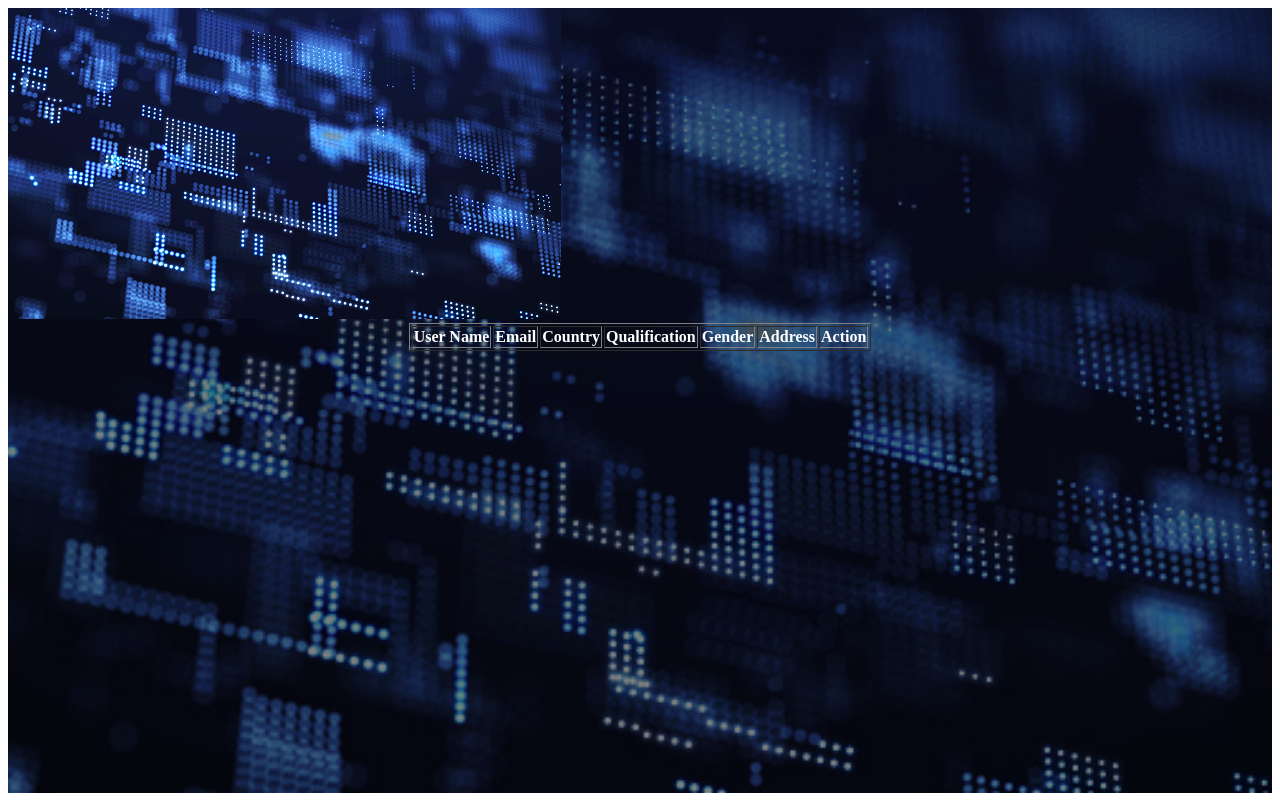
Repository: sainath0323/Website-design-using-J2EE
Page: http://localhost/AdvanceJavaApplication/viewsuccess.jsp
The author's editor kept a copy of each file at every save. The page is drawn from the files as they stood at one save, then again after the next save.
The browser window is 1280 px wide. The pictures show the whole page.
The page is served by Tomcat 9. Other server files are loaded and not shown.

Above is the page before, as saved 2023-04-28 05:40:14.

### AdvanceJavaApplication/src/main/webapp/viewsuccess.jsp
<%@page import="com.sai.advanceapplication.viewusers.User"%>
<%@page import="java.util.List"%>
<%@ page language="java" contentType="text/html"%>
<%@taglib prefix="c"  uri="http://java.sun.com/jsp/jstl/core"%>
<!DOCTYPE html>
<html>
<head>
<style >

table{
margin: auto;
text-align: center;
}
.container{
  width: 100%;
    background:linear-gradient(to top,rgba(0,0,0,0.5)50%,rgba(0,0,0,0.5)50%),url(websiteimage.jpg)50%;
    background-position: center;
    background-size: cover;
    height: 109vh;
    color: white;
    }
</style>
</head>
<body>
<div class="container">

<img alt="" src="websiteimage.jpg">
<table border="1">
<tr>
<th>User Name</th>
<th>Email</th>
<th>Country</th>
<th>Qualification</th>
<th>Gender</th>
<th>Address</th>
<th>Action</th>
</tr>
<%   List<User>users= (List<User>) request.getAttribute("users"); %>
<c:forEach  items="${users }"  var="user" >
<tr>

<td> ${user.username}</td>
<td> ${user.email}</td>
<td> ${user.country}</td>
<td> ${user.qualification}</td>
<td> ${user.gender}</td>
<td> ${user.address}</td>
<td>
 <a href="#"><button>Edit</button> </a>
<a href="#"><button>Delete</button> </a>
 </td>


</tr>
</c:forEach>
</table>
</div>
</body>
</html>

After the next save:
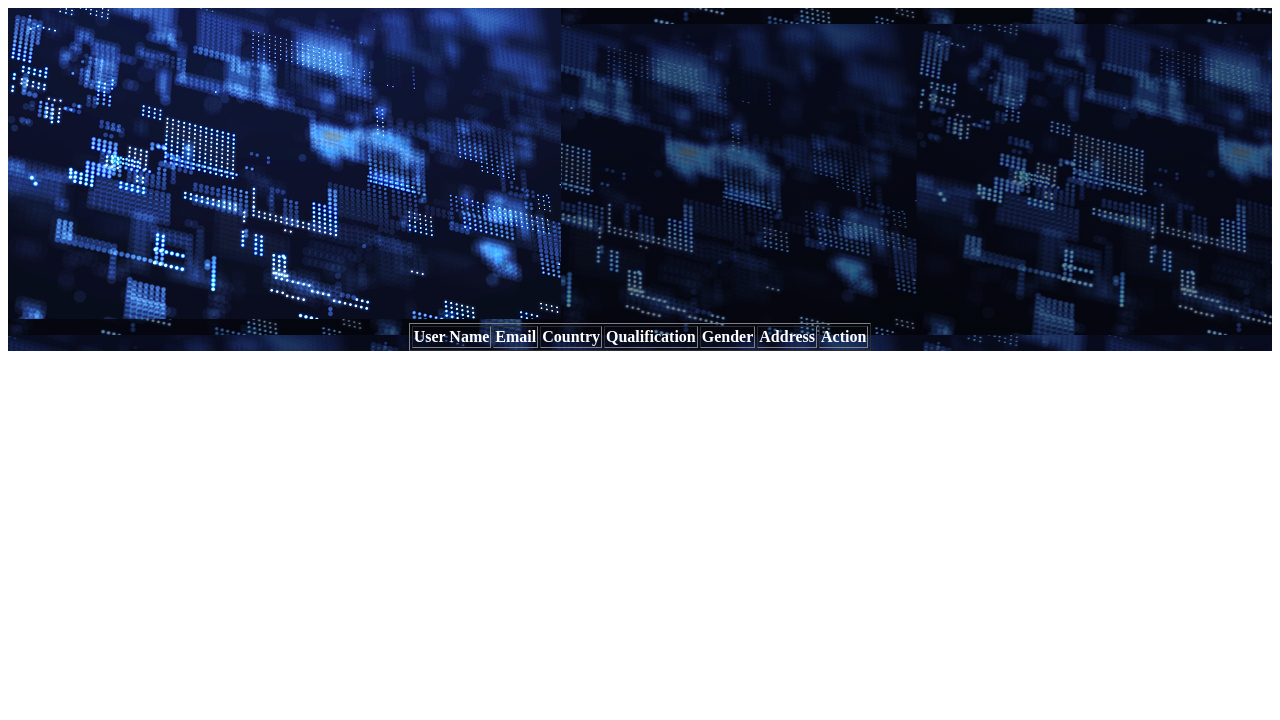
Saved 22 s later.
--- a/AdvanceJavaApplication/src/main/webapp/viewsuccess.jsp
+++ b/AdvanceJavaApplication/src/main/webapp/viewsuccess.jsp
@@ -14,9 +14,6 @@
 .container{
   width: 100%;
     background:linear-gradient(to top,rgba(0,0,0,0.5)50%,rgba(0,0,0,0.5)50%),url(websiteimage.jpg)50%;
-    background-position: center;
-    background-size: cover;
-    height: 109vh;
     color: white;
     }
 </style>

After the save that followed:
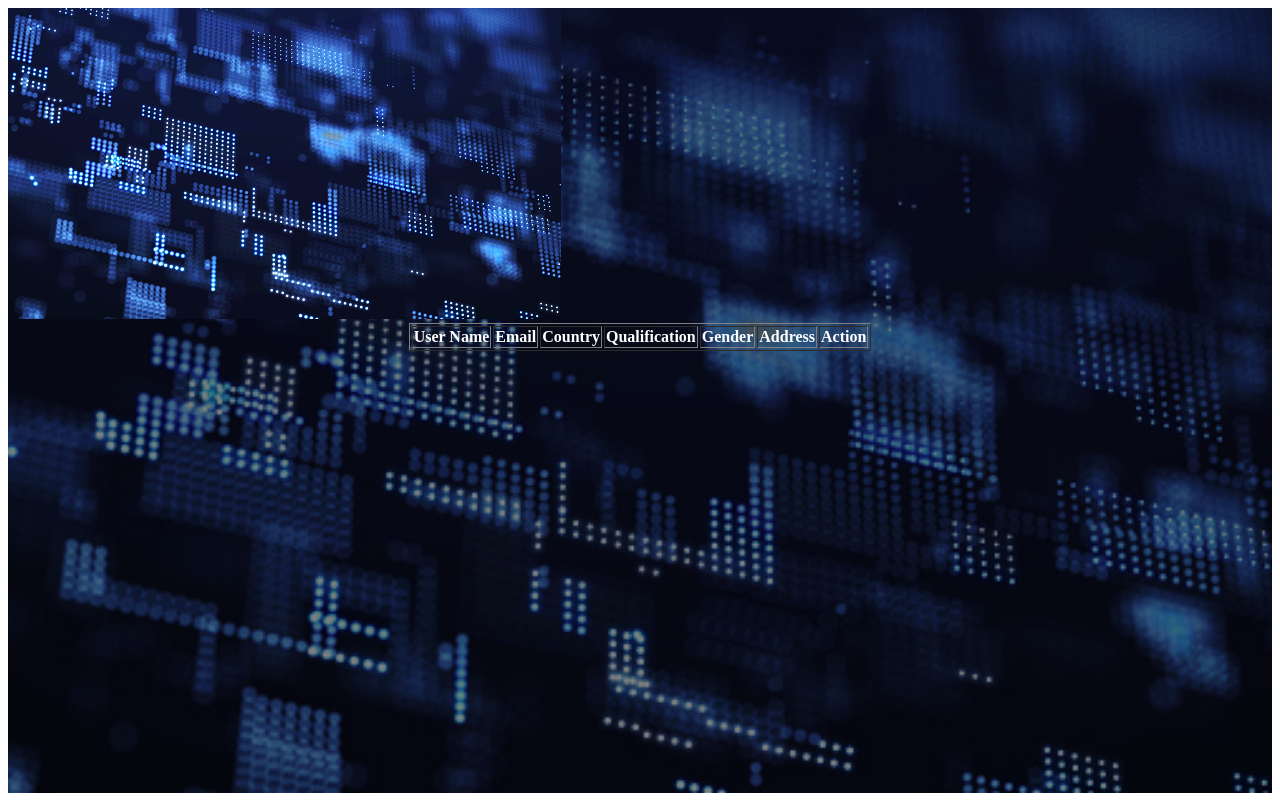
Saved 10 s later.
--- a/AdvanceJavaApplication/src/main/webapp/viewsuccess.jsp
+++ b/AdvanceJavaApplication/src/main/webapp/viewsuccess.jsp
@@ -14,6 +14,9 @@
 .container{
   width: 100%;
     background:linear-gradient(to top,rgba(0,0,0,0.5)50%,rgba(0,0,0,0.5)50%),url(websiteimage.jpg)50%;
+    background-position: center;
+    background-size: cover;
+    height: 109vh;
     color: white;
     }
 </style>
